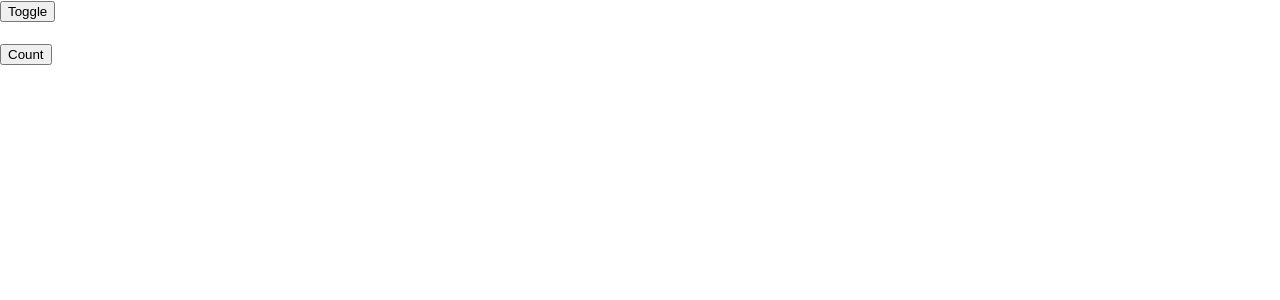
Repository: codysun1912/code
Page: / (app in react-webpack/tiktok/), after clicking the first element matching `button`
These files come from the project's save history. The page is drawn as it stood at one moment and after the next save; the edit follows.
The browser window is 1280 px wide. The pictures show the whole page.
The project was rebuilt for these pictures with package versions that can differ from the ones it lists, and the page was loaded fresh each time.

Above is the page before, as saved 2022-03-15 11:13:43.

### react-webpack/tiktok/src/index.js
import React from 'react';
import ReactDOM from 'react-dom';
import './index.css';
import App from './App';
import reportWebVitals from './reportWebVitals';


function emitComment(id){
  setInterval(() =>{
    window.dispatchEvent(
      new CustomEvent(`lesson-${id}` , {
        detail:`noi dung comment ${id}`
      })
    )
  },2000)
}
emitComment(1)
emitComment(2)
emitComment(3)

ReactDOM.render(
  <React.StrictMode>
    <App />
  </React.StrictMode>,
  document.getElementById('root')
);

// If you want to start measuring performance in your app, pass a function
// to log results (for example: reportWebVitals(console.log))
// or send to an analytics endpoint. Learn more: https://bit.ly/CRA-vitals
reportWebVitals();

### react-webpack/tiktok/src/App.js
import {useState} from "react";
import Content from "./content.js";




function App() {
  const [show, setShow]  = useState(false)

  return (
    <div className="App">
    <button onClick={() => setShow(!show)}>Toggle</button>
    {show && <Content/>}
    </div>
  )
}

export default App;

### react-webpack/tiktok/src/content.js
import { useState ,useEffect ,useLayoutEffect } from "react";

function Content(){
   const [count,setCount] = useState()
   useLayoutEffect(() => {
       if(count > 3){
       return setCount(0)
       }



   },[count])
   const handleRun = () =>{
       setCount(count+1)
   }

    return(
        <div>
        <h1>{count}</h1>
        <button onClick={handleRun}>Count</button>

        </div>

    )
}
export default Content;

Loaded but not shown: react-webpack/tiktok/public/index.html (common file); react-webpack/tiktok/src/index.css (common file); react-webpack/tiktok/src/reportWebVitals.js (common file)

After the next save:
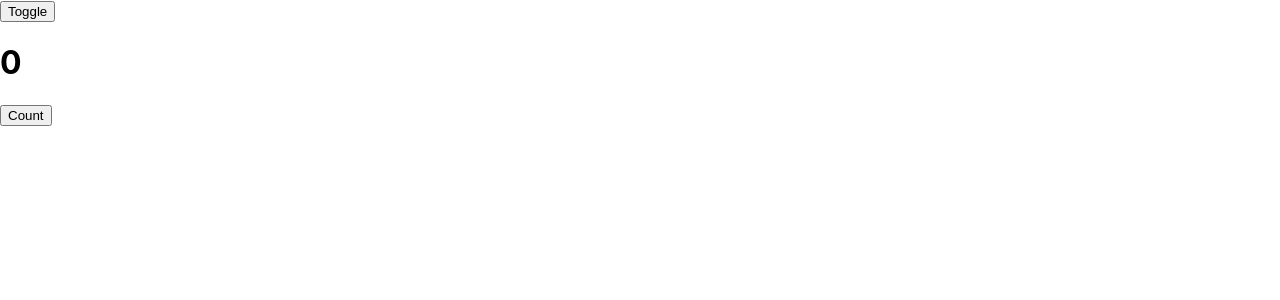
Saved 8 s later.
--- a/react-webpack/tiktok/src/content.js
+++ b/react-webpack/tiktok/src/content.js
@@ -1,7 +1,7 @@
 import { useState ,useEffect ,useLayoutEffect } from "react";
 
 function Content(){
-   const [count,setCount] = useState()
+   const [count,setCount] = useState(0)
    useLayoutEffect(() => {
        if(count > 3){
        return setCount(0)
